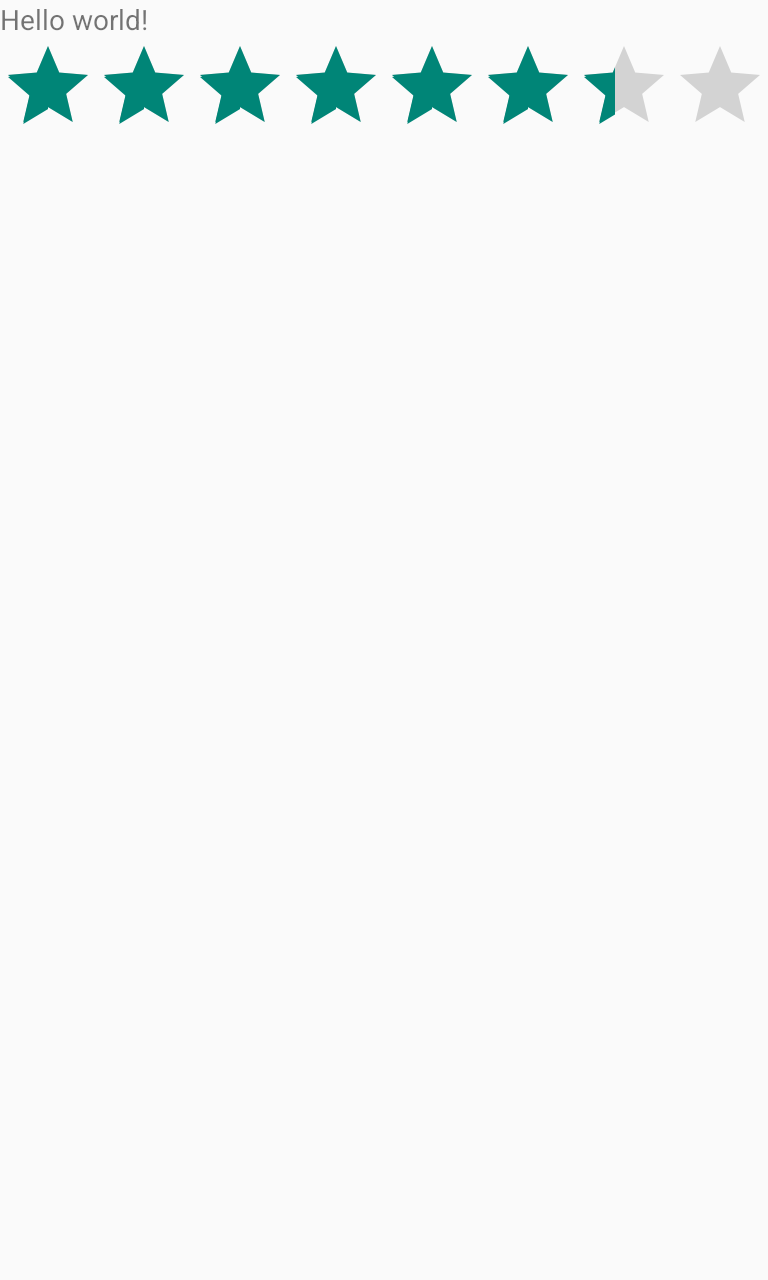
Repository: jromanz/android-projects
Layout: RegistroAlumnos/res/layout/activity_formulario.xml
An editor plug-in stored every save of this project. The layout is shown before and after the next save, followed by the edit.
It is drawn on a 768 x 1280 px phone screen (xhdpi) without system bars, with theme AppTheme; the app's code is not run.

Above is the layout before, as saved 2014-08-29 02:45:12.

### RegistroAlumnos/res/layout/activity_formulario.xml
<LinearLayout xmlns:android="http://schemas.android.com/apk/res/android"
    xmlns:tools="http://schemas.android.com/tools"
    android:orientation="vertical"
    android:layout_width="match_parent"
    android:layout_height="match_parent"
    >
    <TextView
        android:layout_width="wrap_content"
        android:layout_height="wrap_content"
        android:text="@string/hello_world" />

    <RatingBar android:id="@+id/notas"
        android:layout_width="match_parent"
        android:layout_height="wrap_content"
        android:numStars="5"
        android:rating="4"
        />

</LinearLayout>

### RegistroAlumnos/res/values/strings.xml
<?xml version="1.0" encoding="utf-8"?>
<resources>

    <string name="app_name">RegistroAlumnos</string>
    <string name="hello_world">Hello world!</string>
    <string name="ir">Agregar usuarios</string>
    <string name="title_activity_formulario">FormularioActivity</string>

</resources>

Loaded but not shown: RegistroAlumnos/res/values/styles.xml (common file); RegistroAlumnos/res/values-v11/styles.xml (common file); RegistroAlumnos/res/values-v14/styles.xml (common file)

After the next save:
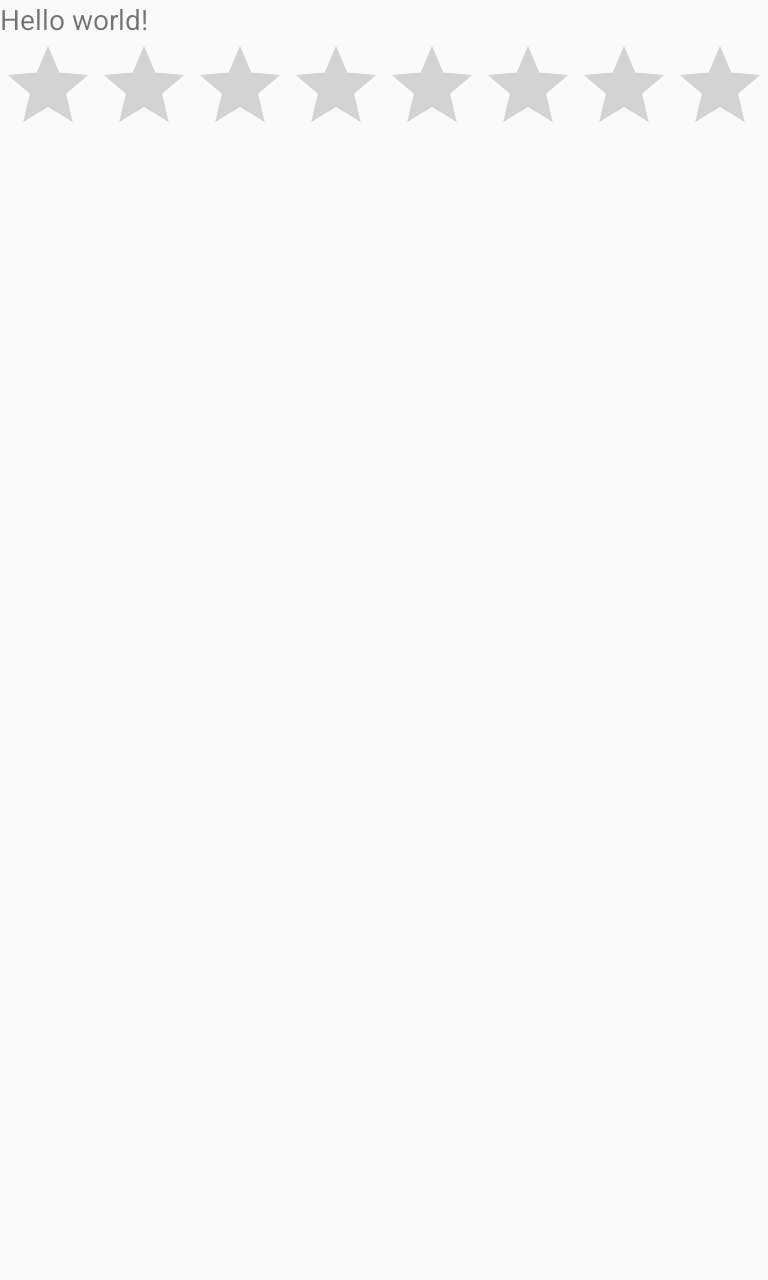
Saved 69 s later.
--- a/RegistroAlumnos/res/layout/activity_formulario.xml
+++ b/RegistroAlumnos/res/layout/activity_formulario.xml
@@ -13,7 +13,6 @@
         android:layout_width="match_parent"
         android:layout_height="wrap_content"
         android:numStars="5"
-        android:rating="4"
         />
 
 </LinearLayout>
